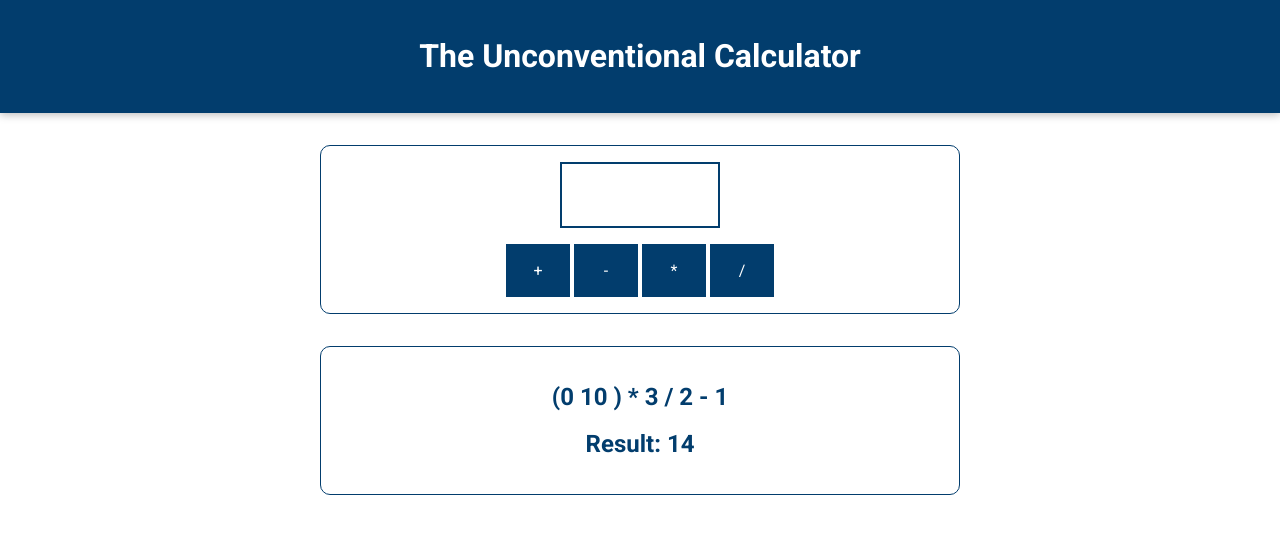
Repository: rafal-bedkowski/JSFundamentalCourse
Page: index.html
An editor plug-in stored every save of this project. The page is shown before and after the next save, followed by the edit.
The browser window is 1280 px wide. The pictures show the whole page.

Above is the page before, as saved 2022-09-06 11:50:25.

### index.html
<!DOCTYPE html>
<html lang="en">
  <head>
    <meta charset="UTF-8" />
    <meta name="viewport" content="width=device-width, initial-scale=1.0" />
    <meta http-equiv="X-UA-Compatible" content="ie=edge" />
    <title>Basics</title>
    <link
      href="https://fonts.googleapis.com/css?family=Roboto:400,700&display=swap"
      rel="stylesheet"
    />
    <link rel="stylesheet" href="./assets/styles/app.css" />
  </head>
  <body>
    <header>
      <h1>The Unconventional Calculator</h1>
    </header>

    <section id="calculator">
      <input type="number" id="input-number" />
      <div id="calc-actions">
        <button type="button" id="btn-add">+</button>
        <button type="button" id="btn-subtract">-</button>
        <button type="button" id="btn-multiply">*</button>
        <button type="button" id="btn-divide">/</button>
      </div>
    </section>
    <section id="results">
      <h2 id="current-calculation">0</h2>
      <h2>Result: <span id="current-result">0</span></h2>
    </section>
    <script src="./assets/scripts/vendor.js"></script>
    <script src="./assets/scripts/app.js"></script>
  </body>
</html>

### assets/styles/app.css
* {
  box-sizing: border-box;
}

html {
  font-family: 'Roboto', open-sans;
}

body {
  margin: 0;
}

header {
  background: #023d6d;
  color: white;
  padding: 1rem;
  text-align: center;
  box-shadow: 0 2px 8px rgba(0, 0, 0, 0.26);
  width: 100%;
}

#results,
#calculator {
  margin: 2rem auto;
  width: 40rem;
  max-width: 90%;
  border: 1px solid #023d6d;
  border-radius: 10px;
  padding: 1rem;
  color: #023d6d;
}

#results {
  text-align: center;
}

#calculator input {
  font: inherit;
  font-size: 3rem;
  border: 2px solid #023d6d;
  width: 10rem;
  padding: 0.15rem;
  margin: auto;
  display: block;
  color: #023d6d;
  text-align: center;
}

#calculator input:focus {
  outline: none;
}

#calculator button {
  font: inherit;
  background: #023d6d;
  color: white;
  border: 1px solid #023d6d;
  padding: 1rem;
  cursor: pointer;
}

#calculator button:focus {
  outline: none;
}

#calculator button:hover,
#calculator button:active {
  background: #084f88;
  border-color: #084f88;
}

#calc-actions button {
  width: 4rem;
}

#calc-actions {
  margin-top: 1rem;
  text-align: center;
}

### assets/scripts/app.js
const defaultResult = 0;
let currentResult = defaultResult;

currentResult = ((currentResult + 10) * 3) / 2 - 1;

let calculateDescription = '(' + defaultResult + ' 10 ) * 3 / 2 - 1';

outputResult(currentResult, calculateDescription);

Loaded but not shown: assets/scripts/vendor.js (common file)

After the next save:
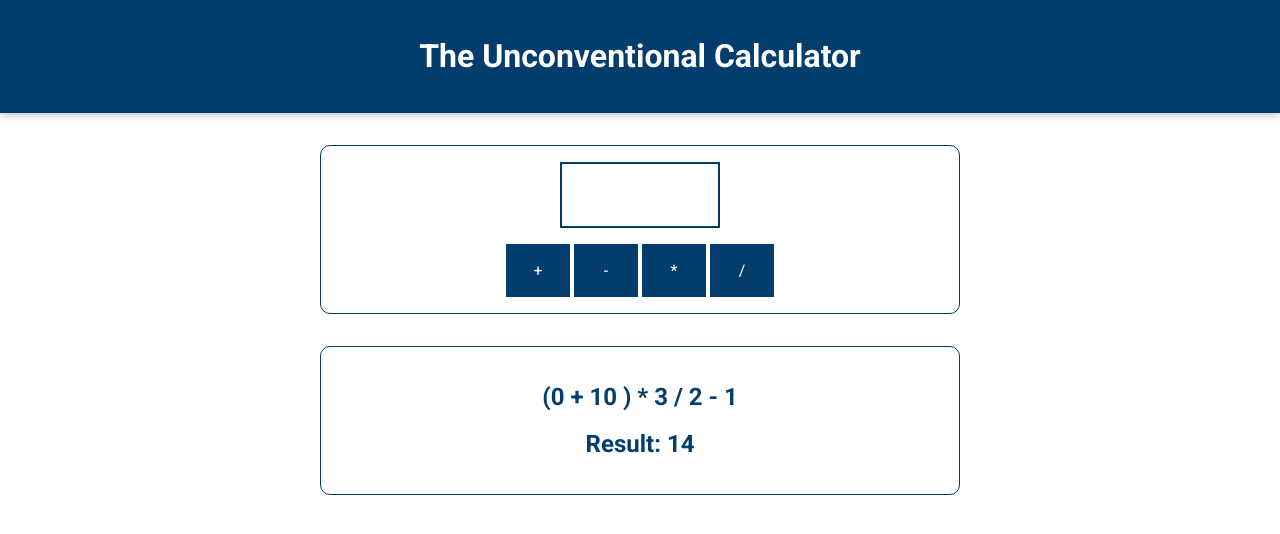
Saved 3 min 49 s later.
--- a/assets/scripts/app.js
+++ b/assets/scripts/app.js
@@ -3,6 +3,6 @@ let currentResult = defaultResult;
 
 currentResult = ((currentResult + 10) * 3) / 2 - 1;
 
-let calculateDescription = '(' + defaultResult + ' 10 ) * 3 / 2 - 1';
+let calculateDescription = '(' + defaultResult + ' + 10 ) * 3 / 2 - 1';
 
 outputResult(currentResult, calculateDescription);
